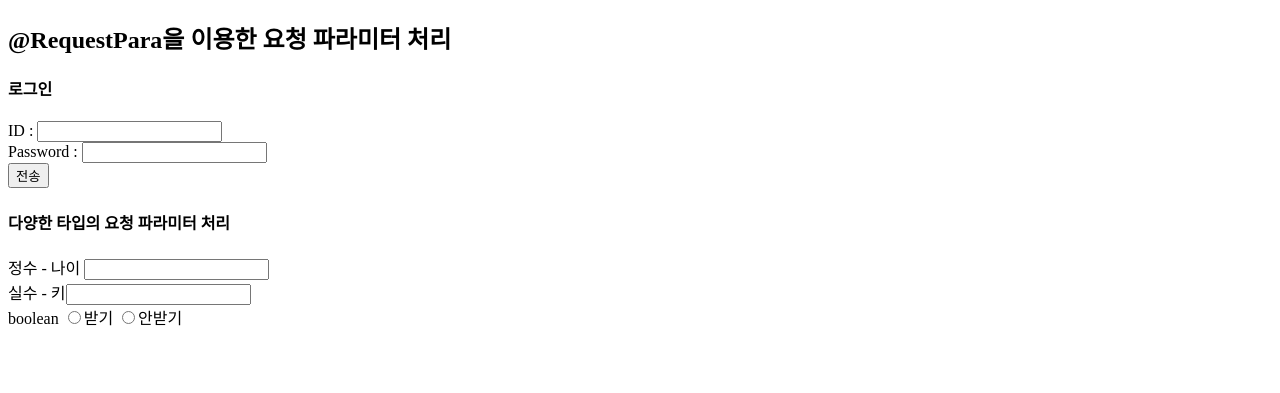
Repository: fellownew/framework_workspace
Page: http://localhost/spring_mvc_03_annotation/param/requestForm.do
The author's editor kept a copy of each file at every save. The page is drawn from the files as they stood at one save, then again after a run of saves.
The browser window is 1280 px wide. The pictures show the whole page.
The page is served by Tomcat 9. Other server files are loaded and not shown.

Above is the page before, as saved 2015-05-13 08:13:50.

### spring_mvc_03_annotation/WebContent/WEB-INF/view/request_form.jsp
<%@ page contentType="text/html;charset=UTF-8"%>
<!DOCTYPE html>
<html>
<head>
<meta charset="UTF-8">
<title>request_form</title>
</head>
<body>
<h2>@RequestPara을 이용한 요청 파라미터 처리</h2>
<h4>로그인</h4>
	<form action="login.do" method="post">
		ID : <input type="text" name="id"><br>
		Password : <input type="password" name="password"><br>
		<input type="submit" value="전송">
	</form>
<h4>다양한 타입의 요청 파라미터 처리</h4>
	<form action="variousType.do">
		정수 - 나이 <input type="text" name="age"><br>
		실수 - 키<input type="text" name="tall"><br>
		boolean <input type="radio" value="true" name="mailing">받기
				<input type="radio" value="false" name="mailing">안받기


	</form>

</body>
</html>

After the next 3 saves:
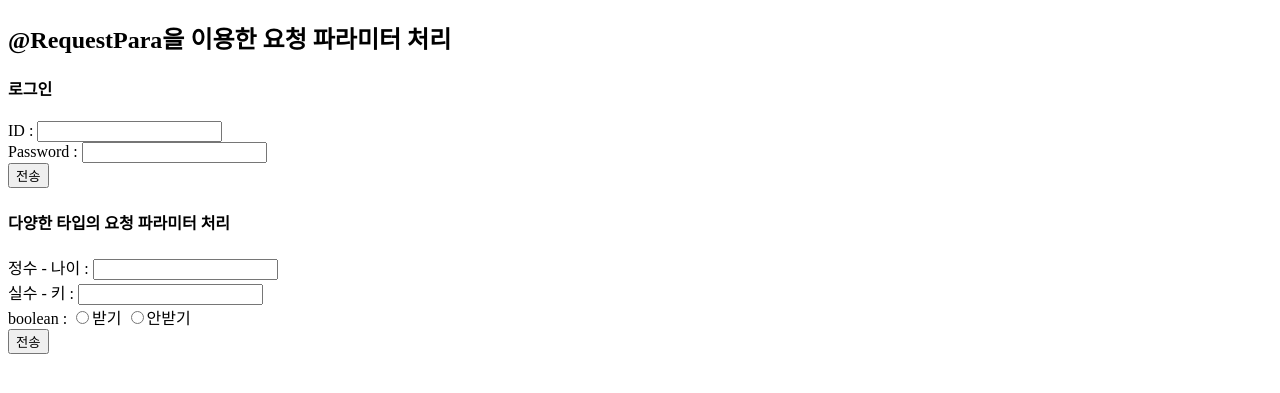
The 3 saves are shown as one change because they came seconds apart.
The last was saved 28 s later.
--- a/spring_mvc_03_annotation/WebContent/WEB-INF/view/request_form.jsp
+++ b/spring_mvc_03_annotation/WebContent/WEB-INF/view/request_form.jsp
@@ -13,14 +13,14 @@
 		Password : <input type="password" name="password"><br>
 		<input type="submit" value="전송">
 	</form>
+
 <h4>다양한 타입의 요청 파라미터 처리</h4>
 	<form action="variousType.do">
-		정수 - 나이 <input type="text" name="age"><br>
-		실수 - 키<input type="text" name="tall"><br>
-		boolean <input type="radio" value="true" name="mailing">받기
-				<input type="radio" value="false" name="mailing">안받기
-
-
+		정수 - 나이 : <input type="text" name="age"><br>
+		실수 - 키 : <input type="text" name="tall"><br>
+		boolean : <input type="radio" value="true" name="mailing">받기
+				<input type="radio" value="false" name="mailing">안받기<br>
+		<input type="submit" value="전송">
 	</form>
 
 </body>
